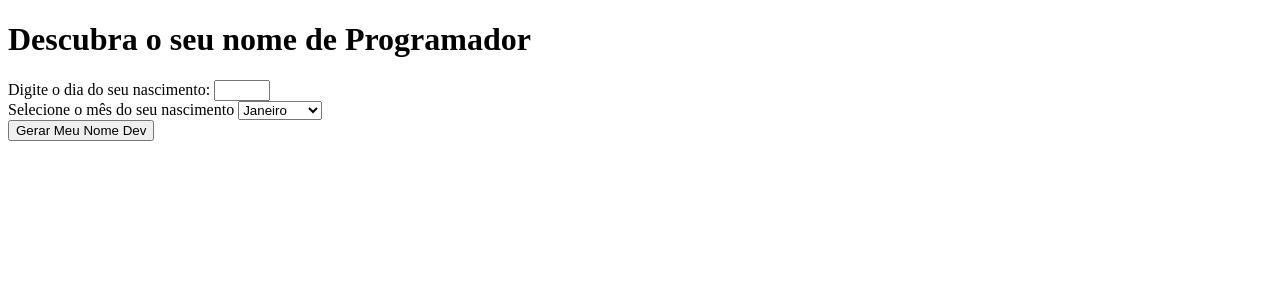
Repository: analessp/seu-nome-dev
Page: index.html
An editor plug-in stored every save of this project. The page is shown before and after a run of saves, followed by the edit.
The browser window is 1280 px wide. The pictures show the whole page.

Above is the page before, as saved 2025-05-13 10:42:47.

After the next 2 saves:
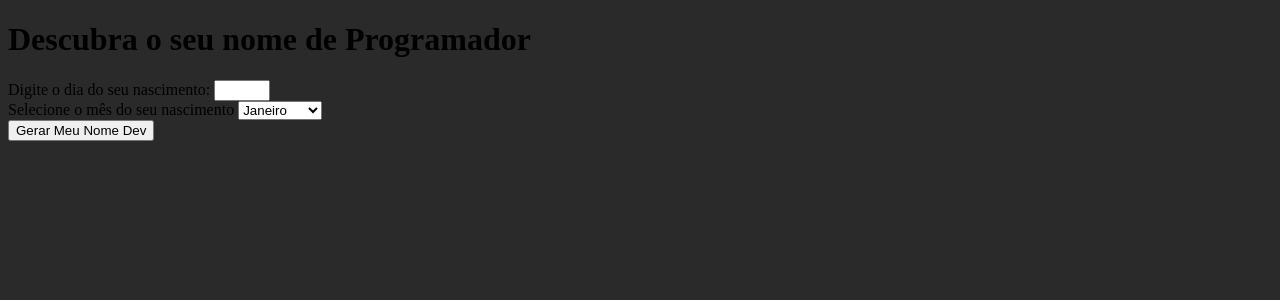
The 2 saves are shown as one change because they came seconds apart.
The last was saved 5 s later.
--- a/styles.css
+++ b/styles.css
@@ -1,3 +1,3 @@
 body {
-    background-color: #;
+    background-color: #2a2a2a;
 }
